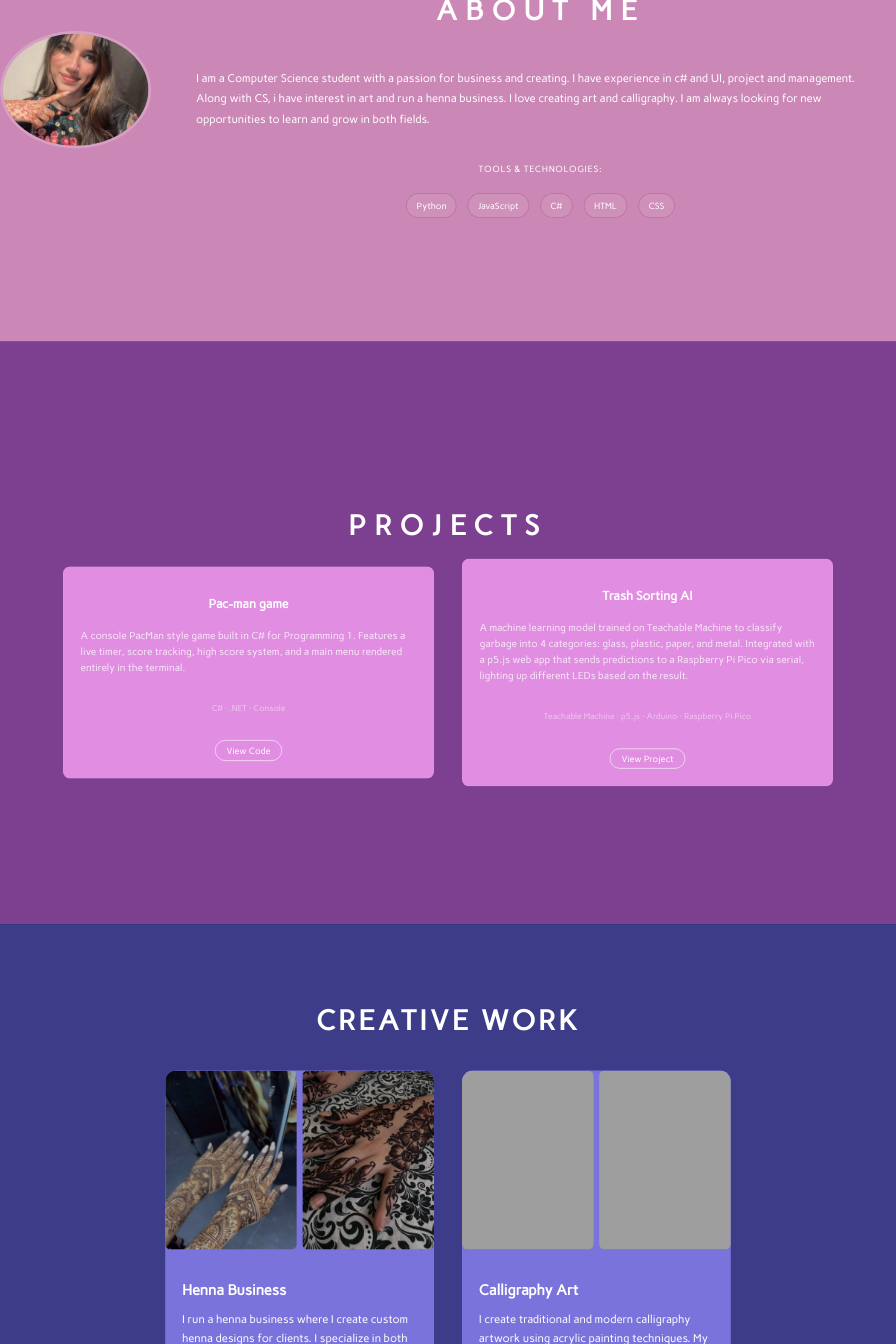
Repository: Rameen-A/Rameen-A
Page: index.html
The author's editor kept a copy of each file at every save. The page is drawn from the files as they stood at one save, then again after the next save.
The browser window is 1280 px wide. The pictures show the part of the page from y = 1003 to 2923 px (the page is 3830 px tall), at 70% of full size.
Pictures or frames that could not be fetched are drawn as grey boxes.

Above is the page before, as saved 2026-05-09 23:07:40.

### index.html
<!DOCTYPE html>
<html lang="en">
  <head>
    <meta charset="UTF-8" />
    <meta name="viewport" content="width=device-width, initial-scale=1.0" />
    <title>Rameen's Portfolio</title>
    <link rel="stylesheet" href="./styles/globals.css" />
    <link rel="stylesheet" href="./styles/index.css" />
  </head>
  <body>
    <nav class="sidebar">
      <ul class="menu">
        <li><a href="#about">About me</a></li>
        <li><a href="#projects">Projects</a></li>
        <li><a href="#creativework">Creative Work</a></li>
        <li><a href="#contact">Contact</a></li>
      </ul>
    </nav>
    <!-- Hero Section -->
    <main>
      <section class="hero">
        <article>
          <h1>Rameen Amir</h1>
          <h3>Computer Science student | Business Artist</h3>
          <a href="#projects">View Projects</a>
        </article>
      </section>
      <!-- About Me Section -->
      <section class="about" id="about">
        <img
          src="assets/images/rameenPFP.jpg"
          alt="Profile Picture Of Rameen"
        />
        <!-- !my image doesnt have srcset - will add in the end -->
        <!-- !need an svg for menu bar and other spots - will end in the end-->

        <div class="about-content">
          <h2 class="aboutMe">About Me</h2>
          <p>
            I am a Computer Science student with a passion for business and
            creating. I have experience in c# and UI, project and management.
            Along with CS, i have interest in art and run a henna business. I
            love creating art and calligraphy. I am always looking for new
            opportunities to learn and grow in both fields.
          </p>
          <p class="tools-labels">Tools & Technologies:</p>
          <ul class="tools-list">
            <li>Python</li>
            <li>JavaScript</li>
            <li>C#</li>
            <li>HTML</li>
            <li>CSS</li>
          </ul>
        </div>
      </section>
      <!-- Projects Section -->
      <section class="projects" id="projects">
        <h2>Projects</h2>
        <div class="cards">
          <article class="card">
            <h3>Pac-man game</h3>
            <p>
              A console PacMan style game built in C# for Programming 1.
              Features a live timer, score tracking, high score system, and a
              main menu rendered entirely in the terminal.
            </p>
            <p class="tech">C# · .NET · Console</p>
            <a href="./pages/project-PacMan-1.html" target="_blank"
              >View Code</a
            >
          </article>
          <article class="card">
            <h3>Trash Sorting AI</h3>
            <p>
              A machine learning model trained on Teachable Machine to classify
              garbage into 4 categories: glass, plastic, paper, and metal.
              Integrated with a p5.js web app that sends predictions to a
              Raspberry Pi Pico via serial, lighting up different LEDs based on
              the result.
            </p>
            <p class="tech">
              Teachable Machine · p5.js · Arduino · Raspberry Pi Pico
            </p>
            <a href="./pages/project-TrashSorting-2.html" target="_blank"
              >View Project</a
            >
          </article>
        </div>
      </section>
      <!-- Creative Work Section -->
      <section class="creative-work" id="creativework">
        <h2>Creative Work</h2>

        <div class="creative-cards">
          <!-- HENNA -->
          <article class="creative-card">
            <div class="creative-images">
              <img
                src="./assets/images/henna1.jpg"
                alt="Bridal henna design created by Rameen Amir"
              />

              <img
                src="./assets/images/henna2nd.jpg"
                alt="Detailed hand henna artwork by Rameen Amir"
              />
            </div>

            <div class="creative-content">
              <h3>Henna Business</h3>

              <p>
                I run a henna business where I create custom henna designs for
                clients. I specialize in both traditional and modern styles
                while managing appointments, social media marketing, and client
                communication.
              </p>

              <p class="creative-tech">
                Business Management · Social Media Marketing · Client Relations
              </p>

              <a
                href="https://www.instagram.com/henna_byrameen?igsh=OGZzczk1ZWl6bW9p"
                target="_blank"
                rel="noopener noreferrer"
              >
                View Instagram
              </a>
            </div>
          </article>

          <!-- CALLIGRAPHY -->
          <article class="creative-card">
            <div class="creative-images">
              <img
                src="./assets/images/calligraphy1-small.jpg"
                srcset="
                  ./assets/images/calligraphy1-small.jpg 480w,
                  ./assets/images/calligraphy1-large.jpg 900w
                "
                sizes="(max-width: 768px) 45vw, 20vw"
                alt="Arabic calligraphy artwork by Rameen Amir"
              />

              <img
                src="./assets/images/calligraphy2-small.jpg"
                srcset="
                  ./assets/images/calligraphy2-small.jpg 480w,
                  ./assets/images/calligraphy2-large.jpg 900w
                "
                sizes="(max-width: 768px) 45vw, 20vw"
                alt="Modern acrylic calligraphy painting by Rameen Amir"
              />
            </div>

            <div class="creative-content">
              <h3>Calligraphy Art</h3>

              <p>
                I create traditional and modern calligraphy artwork using
                acrylic painting techniques. My work
                focuses on creativity, detail, and visual storytelling.
              </p>

              <p class="creative-tech">
                Traditional Calligraphy · Acrylic Painting
              </p>
            </div>
          </article>
        </div>
      </section>

      <!-- CONTACT Section -->
      <section id="contact" class="contact">
        <h2 id="contact">Contact</h2>
        <div class="contact-cards">
          <div class="contact-card">
            <p class="contact-label">Email</p>
            <a href="mailto:rameenamir.ca@gmail.com" target="_blank"
              >rameenamir.ca@gmail.com</a
            >
          </div>

          <div class="contact-card">
            <p class="contact-label">LinkedIn</p>
            <a
              href="https://www.linkedin.com/in/rameen-amir-5a9912349/"
              target="_blank"
              >Rameen Amir</a
            >
          </div>
          <div class="contact-card">
            <p class="contact-label">Phone Number</p>
            <a href="tel:5145617912">514-561-7912</a>
          </div>
          <div class="contact-card">
            <p class="contact-label">Henna Business Instagram</p>
            <a
              href="https://www.instagram.com/henna_byrameen?igsh=OGZzczk1ZWl6bW9p"
              target="_blank"
              >Henna_byrameen</a
            >
          </div>
          <div class="contact-card">
            <p class="contact-label">CV</p>
            <a href="assets/images/rameen cv 26.png" target="_blank">View CV</a>
          </div>
        </div>
      </section>
    </main>
  </body>
</html>

### styles/globals.css
/* FONT DEFS */
@font-face {
  font-family: "main font";
  src: url(../assets/fonts/Carme/Carme-Regular.ttf);
}

/* CROSS PAGE STYLES */
body {
  color: white;
  font-family: "main font", Verdana, sans-serif;
  margin: 0;
}

h1 {
  font-weight: bold;
  text-transform: uppercase;
  font-size: 2rem;
}

a {
  text-decoration: none;
  color: white;
  font-size: 0.75rem; /*! too small*/
}
ul {
  list-style: none;
  padding: 0;
  margin: 0;
}
a:hover {
  text-decoration: underline;
}
@media (min-width: 768px) {
  h1 {
    font-size: 3.5rem;
  }

  a {
    font-size: 1rem;
  }
}

### styles/index.css
body {
  margin: 0;
  top: 0;
  background-color: black;
}

.hero {
  display: flex;
  align-items: center;
  justify-content: center;
  text-align: center;
  height: 100vh;

  background-image: url(../assets/images/getsitecontrol__compress-gif__free.gif);
  background-size: cover;
  background-position: center;
  background-repeat: no-repeat;
}
.hero a,
.card a {
  border: 2px solid rgb(238, 236, 236);
  padding: 0.5rem;
  border-radius: 20px;
}
article {
  opacity: 1;
}
/*menu bar */
.menu {
  background: rgba(0, 0, 0, 0.9);
  display: flex;
  flex-direction: row;
  justify-content: flex-end;
}

/* ABOUT ME  */
.about {
  display: flex;
  align-items: center;
  justify-content: center;
  min-height: 100vh;
  text-align: center;

  gap: 2.5rem;
  flex-direction: column;

  background-color: rgb(203, 135, 181);
}
.about h2 {
  font-size: 1.75rem;
  margin-bottom: 1rem;
  letter-spacing: 0.3em;
  text-transform: uppercase;
}
.about-content {
  display: flex;
  flex-direction: column;
  align-items: center;
  gap: 1rem;
  margin: 0 1rem;
  width: 100%;
  max-width: 90%;
  text-align: left;
  line-height: 1.8;
  font-size: 1rem;
}
.about img {
  width: 13rem;
  height: 10rem;

  object-fit: cover;
  border-radius: 50%;

  border: 4px solid rgba(255, 255, 255, 0.2);
}
.about-list li {
  font-size: 0.95rem;
  line-height: 1.5;
}

.tools-labels {
  font-size: 0.8rem;
  text-transform: uppercase;
  letter-spacing: 0.08em;
  text-align: left;
  margin-bottom: 0.5rem;
}
.tools-list {
  display: flex;
  flex-wrap: wrap; /* allows items to wrap / internet*/
  gap: 1rem;
  text-align: left;
  justify-content: center;
}
.tools-list li {
  background-color: rgba(255, 252, 252, 0.08);
  border: 1px solid rgba(82, 4, 35, 0.2);
  border-radius: 20px;
  padding: 0.3rem 0.85rem;
  font-size: 0.8rem;
}
/*PROJECTS*/
.projects {
  display: flex;
  justify-content: center;
  min-height: 100vh;
  background-color: rgb(125, 64, 144);
  align-items: center;
  padding-top: 4rem;
  padding-bottom: 3rem;
  flex-direction: column;
}
.projects h2 {
  font-size: 1.75rem;
  margin-bottom: 1rem;
  letter-spacing: 0.3em;
  text-transform: uppercase;
}

.cards {
  display: flex;
  flex-direction: column;
  gap: 1.5rem;
  align-items: center;
  margin: 0 1rem;
  width: 100%;
  max-width: 90%;
  text-align: left;
}
.card {
  background-color: #e18de1;
  border: 1px solid rgba(230, 216, 225, 0.1);
  border-radius: 10px;
  padding: 1.5rem;
  text-align: left;
  display: flex;
  flex-direction: column;
  align-items: center;
  gap: 1rem;
  margin: 0.5rem;
}

.card:hover {
  border-color: rgba(180, 26, 26, 0.4);
}

.card h3 {
  font-size: 1.1rem;
  margin-bottom: 0.5rem;
}

.card p {
  font-size: 0.9rem;
  line-height: 1.6;
  opacity: 0.8;
  margin: 0 0 0.5rem 0;
}

.card .tech {
  font-size: 0.75rem;
  opacity: 0.5;
  margin: 0.75rem 0;
}

.card a {
  display: inline-block;
  border: 1px solid rgb(244, 239, 242);
  padding: 0.4rem 1rem;
  border-radius: 20px;
  font-size: 0.8rem;
  margin-top: 0.5rem;
}

.card a:hover {
  background-color: rgb(247, 235, 235);
  color: #0a1628;
  text-decoration: none;
}

/*CREATIVE WORK*/
.creative-work {
  background-color: rgb(60, 60, 136);
  padding: 5rem 1rem;
  text-align: center;
}

.creative-work h2 {
  font-size: 1.75rem;
  margin-bottom: 3rem;
  letter-spacing: 0.3rem;
  text-transform: uppercase;
}

.creative-cards {
  display: flex;
  flex-direction: column;
  gap: 2.5rem;
  align-items: center;
}
.creative-cards :hover {
  border: 3px solid rgb(29, 6, 72);
}

.creative-card {
  background-color: #7b73dc;
  border-radius: 1rem;
  overflow: hidden;
  width: 100%;
  max-width: 22rem;

  transition: transform 0.3s ease;
}
.creative-images {
  display: grid;
  grid-template-columns: 1fr 1fr;
  gap: 0.5rem;
}

.creative-images img {
  width: 100%;
  height: 12rem;
  object-fit: cover;
  border-radius: 0.5rem;
}

.creative-card img {
  width: 100%;
  height: 16rem;
  object-fit: cover;
  display: block;
}

.creative-content {
  padding: 1.5rem;
  text-align: left;
}

.creative-content h3 {
  margin-bottom: 1rem;
  font-size: 1.3rem;
}

.creative-content p {
  line-height: 1.7;
}

/*CONTACT PAGE*/
.contact {
  display: flex;
  flex-direction: column;
  align-items: center;

  padding-bottom: 6rem;
  padding: 4rem 1rem;

  background-color: rgb(2, 0, 0);
}
.contact p {
  font-size: 1.2rem;
}
.contact h2 {
  font-size: 1.75rem;
  margin-bottom: 1rem;
  letter-spacing: 0.3em;
  text-transform: uppercase;
}
.contact-cards {
  display: flex;
  flex-direction: column;
  gap: 1.5rem;

  width: 100%;
  max-width: 90%;

  margin: 0; /*margin auto*/
  align-items: center;
}
.contact-card {
  background-color: #deb2de;
  padding: 1rem;
  border-radius: 10px;
  text-align: center;
  position: relative;
  overflow: hidden;
  width: 100%;
  max-width: 22rem;
}

.hover-text {
  position: absolute;
  inset: 0; /* fills the card */

  display: flex;
  align-items: center;
  justify-content: center;

  opacity: 0;
  transition: opacity 0.3s ease;
}
.contact-card:hover {
  transform: translateY(-8px);
  transition: transform 0.3s ease;
}
.contact-card a {
  opacity: 0;
  transition: opacity 0.3s ease;
  display: block;
  margin-top: 0.5rem;
  background-color: #e28ed1;
  font-size: 1rem;
}
.contact-card:hover a {
  opacity: 1;
  background-color: #e28ed1;
  border: 1px solid rgb(237, 215, 234);
  font-size: 1rem;
}

.contact-card:hover .hover-text {
  opacity: 1;
}
.contact-card .label {
  font-size: 1rem;
  text-transform: uppercase;
}

/* nav mods */
nav {
  position: sticky;
  top: 0;
}

nav ul {
  display: flex;
  justify-content: flex-end;
  margin: 0rem;
}

nav ul li {
  list-style: none;
  margin: 1rem;
}

/* Mobile-first navigation */
nav ul {
  justify-content: center;
}

/* Tablet and desktop layouts */
@media (min-width: 768px) {
  nav ul {
    justify-content: flex-end;
  }

  .about {
    gap: 3rem;
    text-align: left;
    flex-direction: row;
    text-align: left;
  }
  .card {
    max-width: 30rem;
  }

  .cards {
    flex-direction: row;
    flex-wrap: wrap;
    justify-content: center;
  }
  .creative-cards {
    flex-direction: row;
    justify-content: center;
    align-items: stretch;
    flex-wrap: wrap;
  }

  .creative-card {
    max-width: 24rem;
  }

  .creative-work h2 {
    font-size: 2.5rem;
  }

  .contact-cards {
    flex-direction: row;
    flex-wrap: wrap;
    justify-content: center;
  }

  .about h2,
  .projects h2,
  .contact h2 {
    font-size: 2.5rem;
  }
}

After the next save:
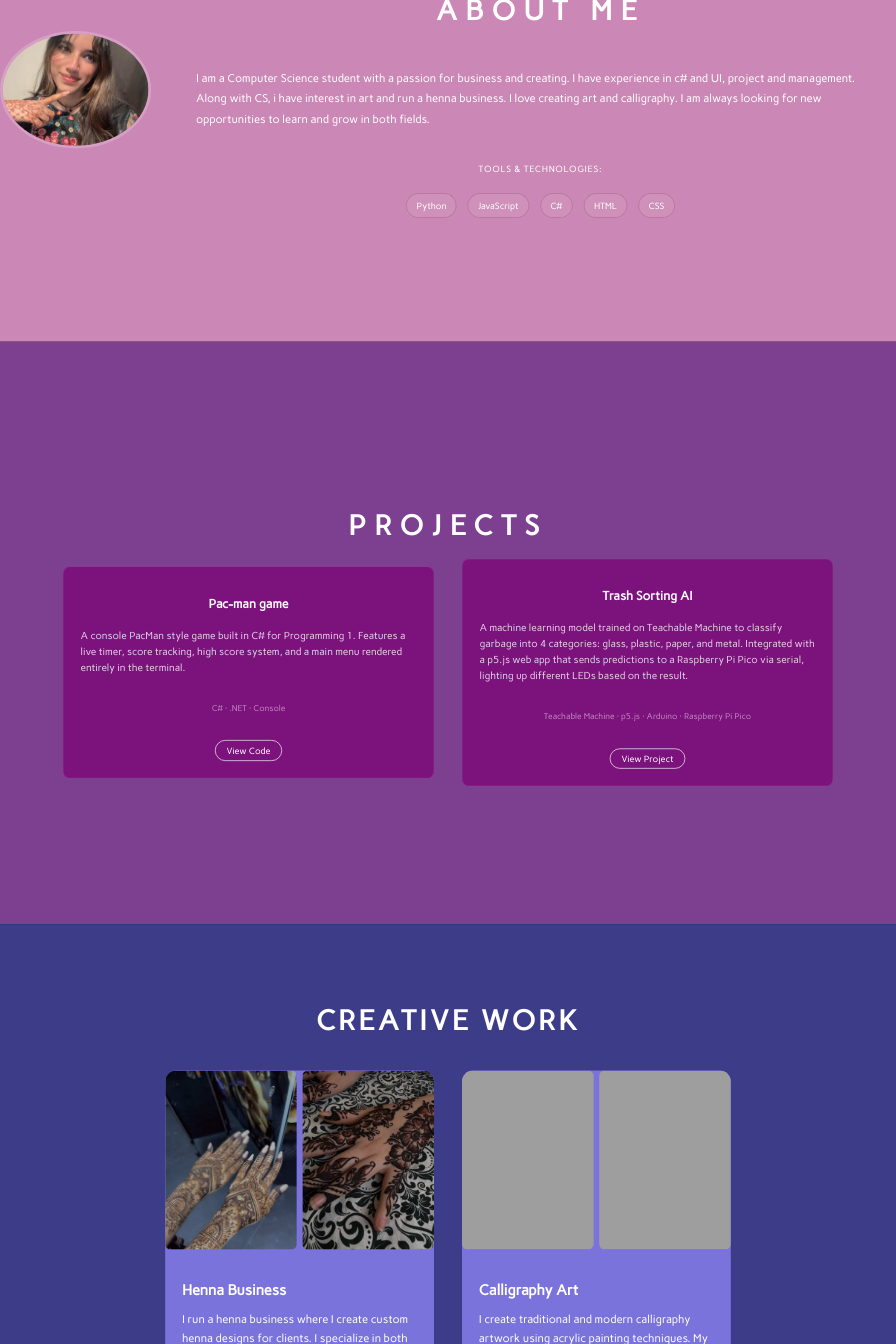
Saved 5 min 56 s later.
--- a/styles/index.css
+++ b/styles/index.css
@@ -128,7 +128,7 @@ article {
   text-align: left;
 }
 .card {
-  background-color: #e18de1;
+  background-color: #7c127c;
   border: 1px solid rgba(230, 216, 225, 0.1);
   border-radius: 10px;
   padding: 1.5rem;
@@ -197,9 +197,6 @@ article {
   gap: 2.5rem;
   align-items: center;
 }
-.creative-cards :hover {
-  border: 3px solid rgb(29, 6, 72);
-}
 
 .creative-card {
   background-color: #7b73dc;
